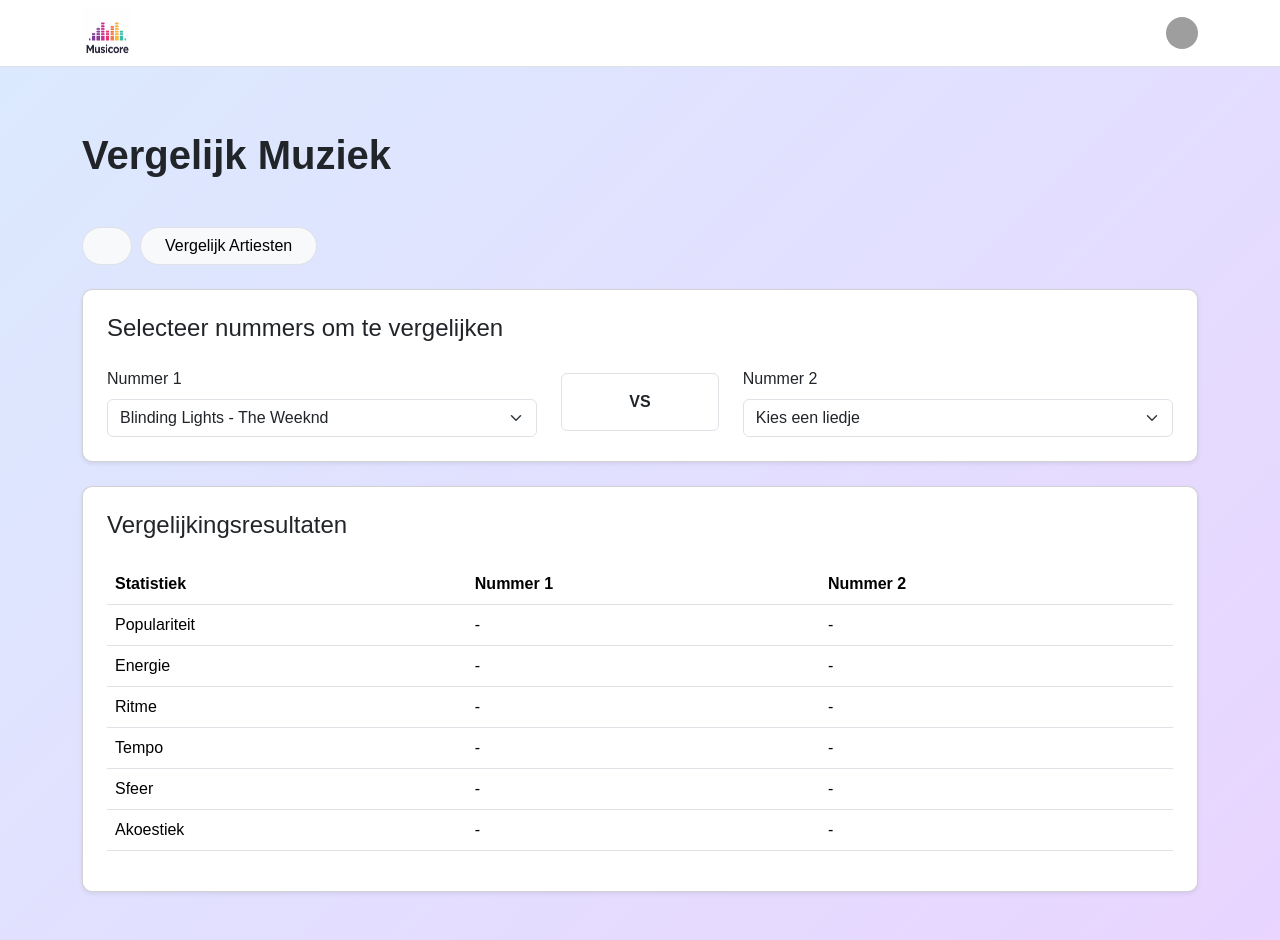
Repository: khadishat00/maskr
Page: maskr-frontend/compare.html
An editor plug-in stored every save of this project. The page is shown before and after the next save, followed by the edit.
The browser window is 1280 px wide. The pictures show the whole page.
After loading, the first visible `#song1` was changed once.
Pictures or frames that could not be fetched are drawn as grey boxes.

Above is the page before, as saved 2026-04-28 11:20:21.
Console error: TypeError: Cannot set properties of null (setting 'src')

After the next save:
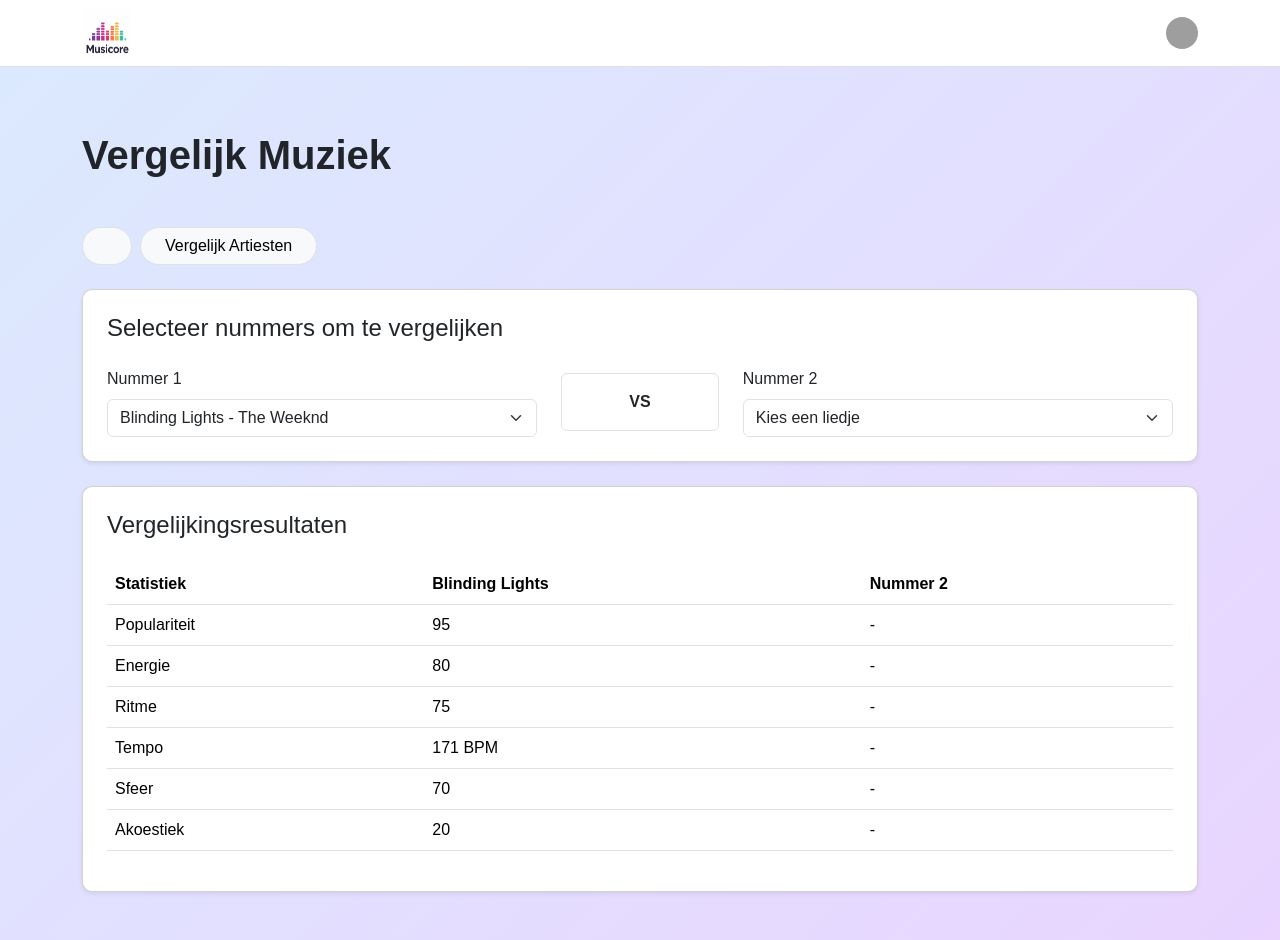
The error is gone.
Saved 14 s later.
--- a/maskr-frontend/js/compare.js
+++ b/maskr-frontend/js/compare.js
@@ -2,77 +2,78 @@
 
 const songs = [
 {
-title:"Blinding Lights",
-artist:"The Weeknd",
-popularity:95,
-cover:"https://images.unsplash.com/photo-1470225620780-dba8ba36b745?w=300"
+title: "Blinding Lights",
+artist: "The Weeknd",
+popularity: 95,
+energy: 80,
+dance: 75,
+tempo: 171,
+mood: 70,
+acoustic: 20
 },
 {
-title:"Shape of You",
-artist:"Ed Sheeran",
-popularity:92,
-cover:"https://images.unsplash.com/photo-1511671782779-c97d3d27a1d4?w=300"
+title: "Shape of You",
+artist: "Ed Sheeran",
+popularity: 92,
+energy: 65,
+dance: 83,
+tempo: 96,
+mood: 93,
+acoustic: 58
 },
 {
-title:"STAY",
-artist:"The Kid LAROI",
-popularity:91,
-cover:"https://images.unsplash.com/photo-1493225457124-a3eb161ffa5f?w=300"
-},
-{
-title:"Watermelon Sugar",
-artist:"Harry Styles",
-popularity:90,
-cover:"https://images.unsplash.com/photo-1507874457470-272b3c8d8ee2?w=300"
-},
-{
-title:"Heat Waves",
-artist:"Glass Animals",
-popularity:89,
-cover:"https://images.unsplash.com/photo-1501386761578-eac5c94b800a?w=300"
-},
-{
-title:"Levitating",
-artist:"Dua Lipa",
-popularity:88,
-cover:"https://images.unsplash.com/photo-1518972559570-7cc1309f3229?w=300"
+title: "STAY",
+artist: "The Kid LAROI",
+popularity: 91,
+energy: 88,
+dance: 79,
+tempo: 170,
+mood: 60,
+acoustic: 15
 }
 ];
 
-const select1 = document.getElementById("song1");
-const select2 = document.getElementById("song2");
+const song1 = document.getElementById("song1");
+const song2 = document.getElementById("song2");
 
-// dropdown vullen
+/* dropdown vullen */
 songs.forEach(song => {
-    const option1 = document.createElement("option");
+    let option1 = document.createElement("option");
     option1.value = song.title;
     option1.textContent = `${song.title} - ${song.artist}`;
-    select1.appendChild(option1);
+    song1.appendChild(option1);
 
-    const option2 = document.createElement("option");
+    let option2 = document.createElement("option");
     option2.value = song.title;
     option2.textContent = `${song.title} - ${song.artist}`;
-    select2.appendChild(option2);
+    song2.appendChild(option2);
 });
 
-function updateComparison() {
-    const songA = songs.find(s => s.title === select1.value);
-    const songB = songs.find(s => s.title === select2.value);
+/* vergelijking updaten */
+function updateCompare() {
+    const first = songs.find(s => s.title === song1.value);
+    const second = songs.find(s => s.title === song2.value);
 
-    if (songA) {
-        document.getElementById("cover1").src = songA.cover;
-        document.getElementById("title1").textContent = songA.title;
-        document.getElementById("artist1").textContent = songA.artist;
-        document.getElementById("pop1").textContent = songA.popularity;
+    if (first) {
+        document.getElementById("title1").textContent = first.title;
+        document.getElementById("pop1").textContent = first.popularity;
+        document.getElementById("energy1").textContent = first.energy;
+        document.getElementById("dance1").textContent = first.dance;
+        document.getElementById("tempo1").textContent = first.tempo + " BPM";
+        document.getElementById("mood1").textContent = first.mood;
+        document.getElementById("acoustic1").textContent = first.acoustic;
     }
 
-    if (songB) {
-        document.getElementById("cover2").src = songB.cover;
-        document.getElementById("title2").textContent = songB.title;
-        document.getElementById("artist2").textContent = songB.artist;
-        document.getElementById("pop2").textContent = songB.popularity;
+    if (second) {
+        document.getElementById("title2").textContent = second.title;
+        document.getElementById("pop2").textContent = second.popularity;
+        document.getElementById("energy2").textContent = second.energy;
+        document.getElementById("dance2").textContent = second.dance;
+        document.getElementById("tempo2").textContent = second.tempo + " BPM";
+        document.getElementById("mood2").textContent = second.mood;
+        document.getElementById("acoustic2").textContent = second.acoustic;
     }
 }
 
-select1.addEventListener("change", updateComparison);
-select2.addEventListener("change", updateComparison);
+song1.addEventListener("change", updateCompare);
+song2.addEventListener("change", updateCompare);
